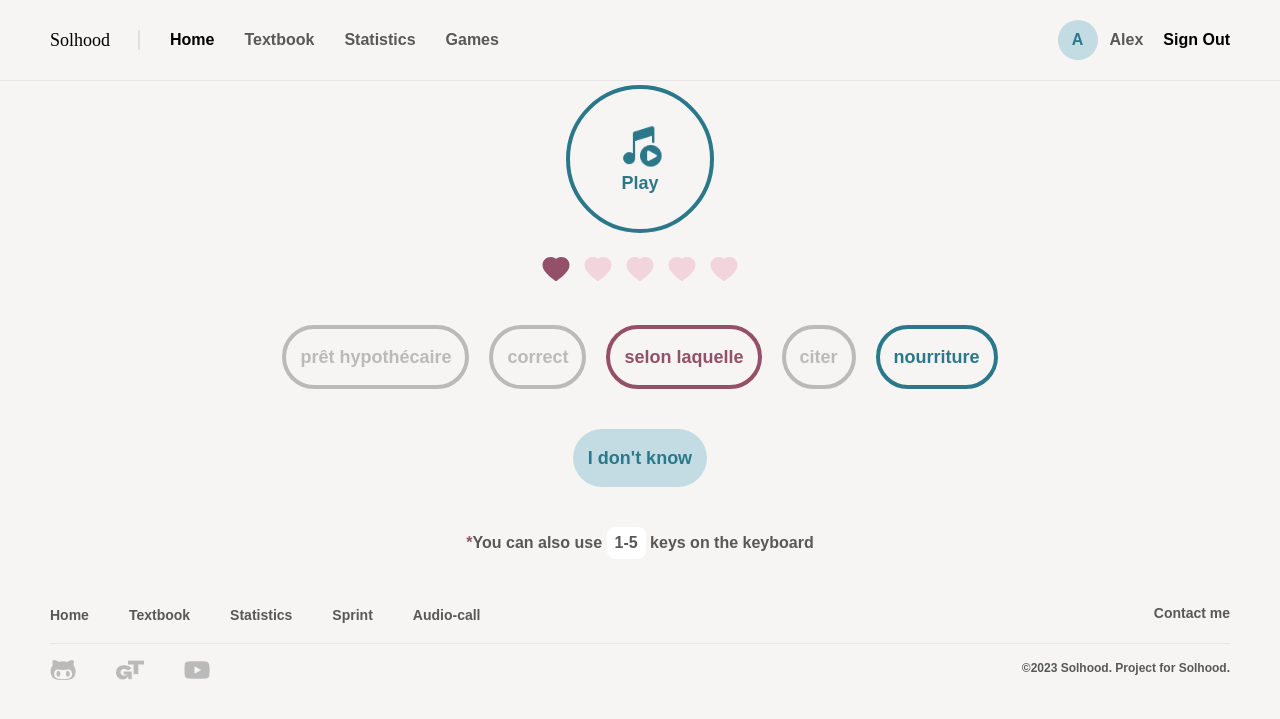
Repository: haudnn/solhood
Page: /audio/game
The author's editor kept a copy of each file at every save. The page is drawn from the files as they stood at one save, then again after the next save.
The browser window is 1280 px wide. The pictures show the whole page.
The project was rebuilt for these pictures with package versions that can differ from the ones it lists, and the page was loaded fresh each time. Also part of the build but not shown: src/pages/Home.tsx, src/pages/sprint/Sprint.tsx, src/pages/sprint/Game.tsx, src/pages/sprint/Result.tsx, src/pages/audio/Audio.tsx, src/pages/audio/Result.tsx, src/hooks/useClickOutSide.ts, src/pages/textbook/WordItem.tsx and 2 more.

Above is the page before, as saved 2023-01-10 22:45:24.

### public/index.html
<!DOCTYPE html>
<html lang="en">
  <head>
    <meta charset="utf-8" />
    <link rel="icon" href="%PUBLIC_URL%/solanaLogoMark.svg" />
    <meta name="viewport" content="width=device-width, initial-scale=1" />
    <meta name="theme-color" content="#000000" />
    <meta
      name="description"
      content="Web site created using create-react-app"
    />
    <link rel="apple-touch-icon" href="%PUBLIC_URL%/logo192.png" />
    <link rel="manifest" href="%PUBLIC_URL%/manifest.json" />
    <title>Solhood | E-Learning Platform</title>
  </head>
  <body>
    <noscript>You need to enable JavaScript to run this app.</noscript>
    <div id="root"></div>
  </body>
</html>

### src/App.tsx
import "./App.css";
import { BrowserRouter } from 'react-router-dom';
import RouterConfig from './config/RouterConfig';
import Footer from "./components/Layout/Footer";
import Header from "./components/Layout/Header";
function App() {
  return (
    <div className="overflow-hidden  App font-montserrat">
      <BrowserRouter>
        <Header />
        <RouterConfig/>
        <Footer/>
      </BrowserRouter>
    </div>
  );
}

export default App;

### src/config/RouterConfig.tsx
import React from 'react'
import { Routes, Route } from 'react-router-dom';
import {router} from '../constants';
const RouterConfig = () => {
  return (
    <Routes>
    {router.map(({ path, component }) => (
      <Route key={path} path={path} element={component} />
    ))}
  </Routes>
  )
}

export default RouterConfig

### src/components/Layout/Footer.tsx
import React from "react";
import github from "../../assets/imgs/github.png";
import GT from "../../assets/imgs/GT.png";
import youtube from "../../assets/imgs/youtube.png";
const Footer = () => {
  return (
    <footer>
      <div className="bg-greyligt py-[40px] px-5 md:px-0">
        <div className="app-container">
          <div className="pb-4 border-b border-solid boder-[greymedium]">
            <div className="grid">
              <div className="row">
                <div className="col l-6 c-6">
                  <ul className="flex flex-col pl-5 md:items-center md:gap-x-10 md:flex-row md:pl-0 gap-y-3 ">
                    <li>
                      <a
                        className="text-sm font-semibold text-greydark"
                        href="/"
                      >
                        Home
                      </a>
                    </li>
                    <li>
                      <a
                        className="text-sm font-semibold text-greydark"
                        href="/textbook"
                      >
                        Textbook
                      </a>
                    </li>
                    <li>
                      <a
                        className="text-sm font-semibold text-greydark"
                        href="/statistics"
                      >
                        Statistics
                      </a>
                    </li>
                    <li>
                      <a
                        className="text-sm font-semibold text-greydark"
                        href="/sprint"
                      >
                        Sprint
                      </a>
                    </li>
                    <li>
                      <a
                        className="text-sm font-semibold text-greydark"
                        href="/audio"
                      >
                        Audio-call
                      </a>
                    </li>
                  </ul>
                </div>
                <div className="col l-6 c-6">
                  <div className="flex items-center justify-start md:justify-end gap-x-10">
                    <a
                      className="text-sm font-semibold text-greydark"
                      href="/me"
                    >
                      Contact me
                    </a>
                  </div>
                </div>
              </div>
            </div>
          </div>
          <div className="pt-4">
            <div className="grid">
              <div className="row">
                <div className="col l-6 c-12">
                  <ul className="flex items-center justify-center mb-5 gap-x-10 md:mb-0 md:justify-start">
                    <li>
                      <a href="/">
                        <img src={github} alt="" />
                      </a>
                    </li>
                    <li>
                      <a href="/">
                        <img src={GT} alt="" />
                      </a>
                    </li>
                    <li>
                      <a href="/">
                        <img src={youtube} alt="" />
                      </a>
                    </li>
                  </ul>
                </div>
                <div className="col l-6 c-12">
                  <div className="flex items-center justify-center md:justify-end">
                    <span className="text-xs font-semibold text-greydark ">
                      ©2023 Solhood. Project for Solhood.
                    </span>
                  </div>
                </div>
              </div>
            </div>
          </div>
        </div>
      </div>
    </footer>
  );
};

export default Footer;

### src/constants/index.ts
import router from "./router"

export {router}

### src/constants/router.tsx
import Home from "../pages/Home";
import Sprint from "../pages/sprint/Sprint";
import SprintGame from "../pages/sprint/Game";
import SprintResult from "../pages/sprint/Result";
import Audio from "../pages/audio/Audio";
import AudioGame from "../pages/audio/Game";
import AudioResult from "../pages/audio/Result";
import TextBook from "../pages/textbook/TextBook";
import Statistics from "../pages/statistics/Statistics";
const router = [
 {
    path: '/',
    component: <Home />,
 },
 {
   path: '/textbook',
   component: <TextBook />,
},
 {
   path: '/statistics',
   component: <Statistics />,
 }
 ,
// Audio
 {
  path: '/audio',
  component: <Audio />,
 },
 {
  path: '/audio/game',
  component: <AudioGame />,
 },
 {
  path: '/audio/result',
  component: <AudioResult />,
 },
// Sprint
 {
  path: '/sprint',
  component: <Sprint />,
  },
 {
  path: '/sprint/game',
  component: <SprintGame />,
 },
 {
  path: '/sprint/result',
  component: <SprintResult />,
 },


]
export default router;

### src/pages/audio/Game.tsx
import React, { useState } from "react";
import playIcon from "../../assets/imgs/play-icon.png";
import playIconHover from "../../assets/imgs/play-icon-hover.png";
import { AiFillHeart } from "react-icons/ai";
import play from "../../assets/imgs/play.png";
const Game = () => {
  const [isResulted, setIsResulted] = useState<Boolean>(false);
  const handleResult = () => {
    setIsResulted((prev) => !prev);
  };
  return (
    <div className="game bg-greyligt">
      <div className="flex flex-col items-center justify-center md:wrapper-calc">
        <div className="flex flex-col items-center justify-center">
          {isResulted ? (
            <div className="flex flex-col items-center mb-5">
              <div
                style={{
                  backgroundImage: `url(${"https://cdn.britannica.com/98/235798-050-3C3BA15D/Hamburger-and-french-fries-paper-box.jpg"})`,
                }}
                onClick={handleResult}
                className="bg-center bg-cover bg-no-repeat md:w-[148px] md:h-[148px] w-[100px] h-[100px] rounded-[50%] cursor-pointer"
              ></div>
              <div className="-translate-y-[20px] flex items-center px-5 py-2 bg-white rounded-full shadow-lg flex-start gap-x-3">
                <div className="flex items-center justify-center w-[40px] h-[40px] bg-greyligt cursor-pointer">
                  <img src={play} alt="" className="object-cover" />
                </div>
                <div className="text-base font-semibold">
                  <span>food</span>
                  <span className="text-greydark"> {"-"} nourriture</span>
                </div>
              </div>
            </div>
          ) : (
            <div
              onClick={handleResult}
              className="transition group text-cyandark hover:bg-cyandark hover:text-white mb-5 flex flex-col items-center justify-center md:w-[148px] md:h-[148px] w-[100px] h-[100px] rounded-[50%] border-4 border-solid border-cyandark cursor-pointer"
            >
              <img
                src={playIcon}
                alt=""
                className="block object-cover group-hover:hidden md:w-[48px] md:h-[48px] w-10 h-10"
              />
              <img
                src={playIconHover}
                alt=""
                className="hidden object-cover group-hover:block w-10 h-10 md:w-[48px] md:h-[48px]"
              />
              <span className="text-sm font-bold md:text-lg ">Play</span>
            </div>
          )}
          <div className="flex gap-x-[10px]">
            {/* <AiFillHeart className="w-8 h-8 text-pinklight" /> */}
            <AiFillHeart className="w-8 h-8 text-pinkdark" />
            <AiFillHeart className="w-8 h-8 text-pinklight" />
            <AiFillHeart className="w-8 h-8 text-pinklight" />
            <AiFillHeart className="w-8 h-8 text-pinklight" />
            <AiFillHeart className="w-8 h-8 text-pinklight" />
          </div>
          <div className="flex flex-col my-5 md:my-10 gap-x-5 md:flex-row gap-y-3 md:gap-y-0">
            <div className="hover:border-greydark hover:text-greydark text-greyicon cursor-pointer md:p-[14px] rounded-full border-4 border-solid border-greyicon flex items-center justify-center py-3 px-[13px]">
              <span className="font-bold md:text-lg text:base">prêt hypothécaire</span>
            </div>
            <div className="hover:border-greydark hover:text-greydark text-greyicon cursor-pointer md:p-[14px] rounded-full border-4 border-solid border-greyicon flex items-center justify-center">
              <span className="text-lg font-bold">correct</span>
            </div>
            {/* The word was selected */}
            <div className=" text-pinkdark cursor-pointer md:p-[14px] rounded-full border-4 border-solid border-pinkdark flex items-center justify-center">
              <span className="text-lg font-bold">selon laquelle</span>
            </div>
            {/* <div className="hover:border-greydark hover:text-greydark text-greyicon cursor-pointer md:p-[14px] rounded-full border-4 border-solid border-greyicon flex items-center justify-center">
              <span className="text-lg font-bold">selon laquelle</span>
            </div> */}
            <div className="hover:border-greydark hover:text-greydark text-greyicon cursor-pointer md:p-[14px] rounded-full border-4 border-solid border-greyicon flex items-center justify-center">
              <span className="text-lg font-bold">citer</span>
            </div>
            {/* The word correct */}
            <div className=" text-cyandark cursor-pointer md:p-[14px] rounded-full border-4 border-solid border-cyandark flex items-center justify-center">
              <span className="text-lg font-bold">nourriture</span>
            </div>
            {/* <div className="hover:border-greydark hover:text-greydark text-greyicon cursor-pointer md:p-[14px] rounded-full border-4 border-solid border-greyicon flex items-center justify-center">
              <span className="text-lg font-bold">nourriture</span>
            </div> */}
          </div>
          <div className="mb-10 text-cyandark cursor-pointer p-[15px] rounded-full bg-cyanlight flex items-center justify-center">
            {/* If have the result */}
            {/* <span className="text-lg font-bold">Next</span> */}
            <span className="text-lg font-bold">I don't know</span>
          </div>
          <div className="hidden md:block">
            <span className="font-semibold text-greydark">
              <span className="text-pinkdark">*</span>
              You can also use{" "}
              <span className="inline-block px-2 py-1 bg-white rounded-lg">
                1-5
              </span>{" "}
              keys on the keyboard
            </span>
          </div>
        </div>
      </div>
    </div>
  );
};

export default Game;

Loaded but not shown: src/index.tsx (common file); src/App.css (common file); tailwind.config.js (33 lines, source omitted); src/index.css (762 lines, source omitted); src/components/Layout/Header.tsx (167 lines, source omitted)

After the next save:
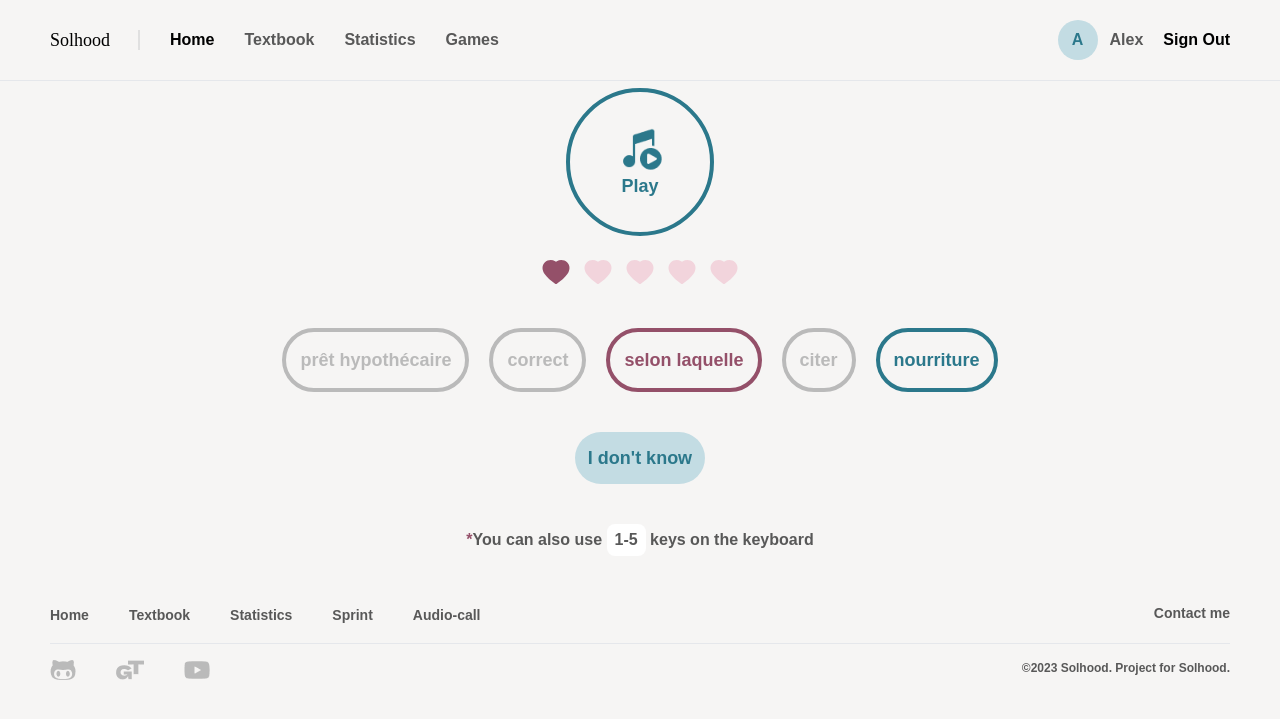
Saved 34 s later.
--- a/src/pages/audio/Game.tsx
+++ b/src/pages/audio/Game.tsx
@@ -61,28 +61,28 @@
             <div className="hover:border-greydark hover:text-greydark text-greyicon cursor-pointer md:p-[14px] rounded-full border-4 border-solid border-greyicon flex items-center justify-center py-3 px-[13px]">
               <span className="font-bold md:text-lg text:base">prêt hypothécaire</span>
             </div>
-            <div className="hover:border-greydark hover:text-greydark text-greyicon cursor-pointer md:p-[14px] rounded-full border-4 border-solid border-greyicon flex items-center justify-center">
+            <div className="hover:border-greydark hover:text-greydark text-greyicon cursor-pointer md:p-[14px] rounded-full border-4 border-solid border-greyicon flex items-center justify-center py-3 px-[13px]">
               <span className="text-lg font-bold">correct</span>
             </div>
             {/* The word was selected */}
-            <div className=" text-pinkdark cursor-pointer md:p-[14px] rounded-full border-4 border-solid border-pinkdark flex items-center justify-center">
+            <div className=" text-pinkdark cursor-pointer md:p-[14px] rounded-full border-4 border-solid border-pinkdark flex items-center justify-center py-3 px-[13px]">
               <span className="text-lg font-bold">selon laquelle</span>
             </div>
-            {/* <div className="hover:border-greydark hover:text-greydark text-greyicon cursor-pointer md:p-[14px] rounded-full border-4 border-solid border-greyicon flex items-center justify-center">
+            {/* <div className="hover:border-greydark hover:text-greydark text-greyicon cursor-pointer md:p-[14px] rounded-full border-4 border-solid border-greyicon flex items-center justify-center py-3 px-[13px]">
               <span className="text-lg font-bold">selon laquelle</span>
             </div> */}
-            <div className="hover:border-greydark hover:text-greydark text-greyicon cursor-pointer md:p-[14px] rounded-full border-4 border-solid border-greyicon flex items-center justify-center">
+            <div className="hover:border-greydark hover:text-greydark text-greyicon cursor-pointer md:p-[14px] rounded-full border-4 border-solid border-greyicon flex items-center justify-center py-3 px-[13px]">
               <span className="text-lg font-bold">citer</span>
             </div>
             {/* The word correct */}
-            <div className=" text-cyandark cursor-pointer md:p-[14px] rounded-full border-4 border-solid border-cyandark flex items-center justify-center">
+            <div className=" text-cyandark cursor-pointer md:p-[14px] rounded-full border-4 border-solid border-cyandark flex items-center justify-center py-3 px-[13px]">
               <span className="text-lg font-bold">nourriture</span>
             </div>
-            {/* <div className="hover:border-greydark hover:text-greydark text-greyicon cursor-pointer md:p-[14px] rounded-full border-4 border-solid border-greyicon flex items-center justify-center">
+            {/* <div className="hover:border-greydark hover:text-greydark text-greyicon cursor-pointer md:p-[14px] rounded-full border-4 border-solid border-greyicon flex items-center justify-center py-3 px-[13px]">
               <span className="text-lg font-bold">nourriture</span>
             </div> */}
           </div>
-          <div className="mb-10 text-cyandark cursor-pointer p-[15px] rounded-full bg-cyanlight flex items-center justify-center">
+          <div className="mb-10 text-cyandark cursor-pointer p-[15px] rounded-full bg-cyanlight flex items-center justify-center py-3 px-[13px]">
             {/* If have the result */}
             {/* <span className="text-lg font-bold">Next</span> */}
             <span className="text-lg font-bold">I don't know</span>

After the save that followed:
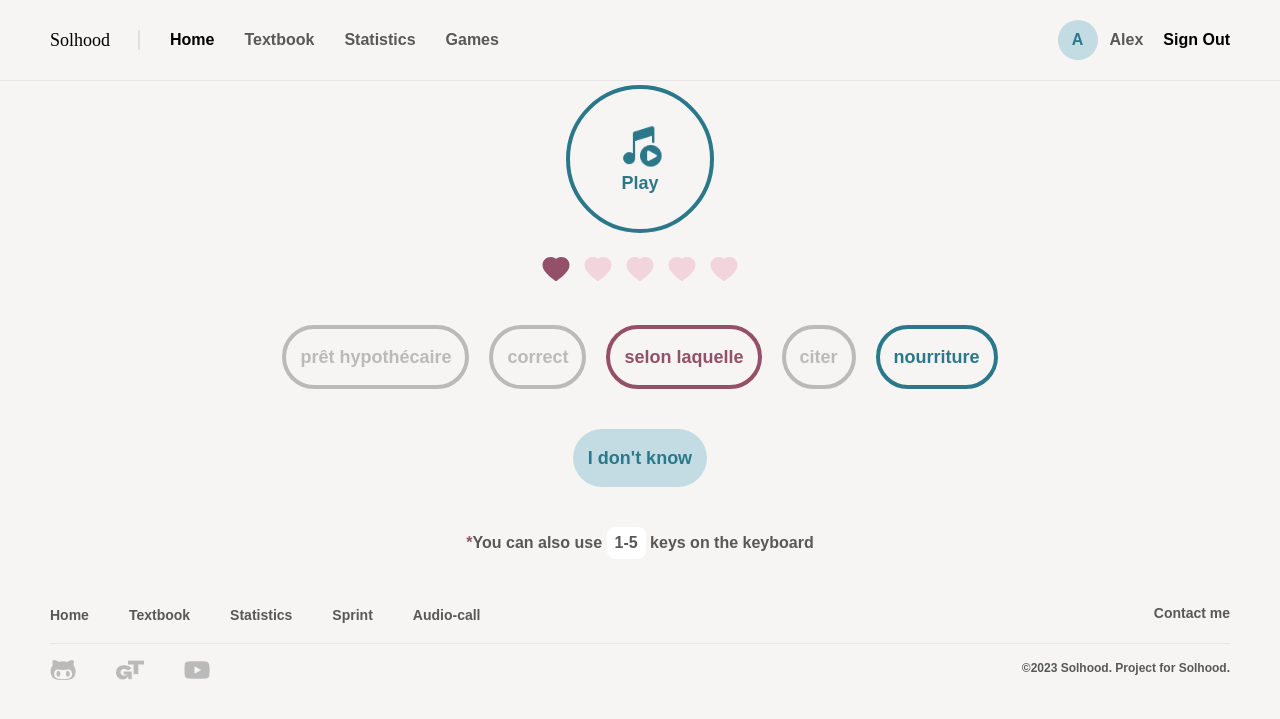
Saved 52 s later.
--- a/src/pages/audio/Game.tsx
+++ b/src/pages/audio/Game.tsx
@@ -82,7 +82,7 @@
               <span className="text-lg font-bold">nourriture</span>
             </div> */}
           </div>
-          <div className="mb-10 text-cyandark cursor-pointer p-[15px] rounded-full bg-cyanlight flex items-center justify-center py-3 px-[13px]">
+          <div className="mb-10 text-cyandark cursor-pointer p-[15px] rounded-full bg-cyanlight flex items-center justify-center">
             {/* If have the result */}
             {/* <span className="text-lg font-bold">Next</span> */}
             <span className="text-lg font-bold">I don't know</span>
